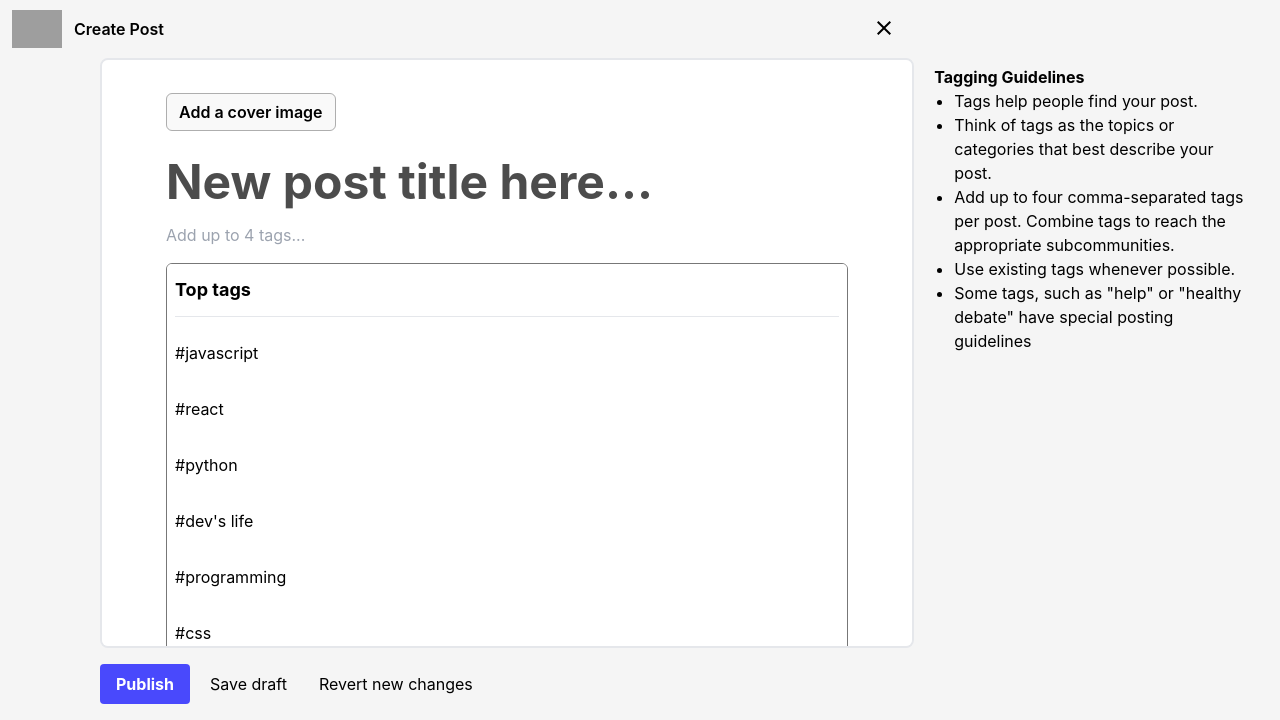
Repository: dat-nguyen-2001/Dev.to
Page: /new (app in client/)
These files come from the project's save history. The page is drawn as it stood at one moment and after the next save; the edit follows.
The browser window is 1280 px wide. The pictures show the whole page.
Pictures or frames that could not be fetched are drawn as grey boxes. An inner scrolling area shows only its first screen. The project was rebuilt for these pictures with package versions that can differ from the ones it lists, and the page was loaded fresh each time. Also part of the build but not shown: client/src/components/Footer.tsx, client/src/components/nav/GuestNav.tsx, client/src/components/nav/NavBar.tsx, client/src/components/Layout.tsx, client/src/pages/about.tsx, client/src/components/SignInForm.tsx, client/src/components/SignInPlatform.tsx, client/src/pages/enter.tsx and 1 more.

Above is the page before, as saved 2022-09-25 12:06:15.

### client/public/index.html
<!DOCTYPE html>
<html lang="en">
  <head>
    <meta charset="utf-8" />
    <link rel="icon" href="%PUBLIC_URL%/dev.to-icon.png" />
    <meta name="viewport" content="width=device-width, initial-scale=1" />
    <meta name="theme-color" content="#000000" />
    <meta
      name="description"
      content="Web site created using create-react-app"
    />
  </head>
  <body>
    <noscript>You need to enable JavaScript to run this app.</noscript>
    <div id="root"></div>
  </body>
</html>

### client/src/index.tsx
import React from 'react';
import ReactDOM from 'react-dom/client';
import './index.css';
import App from './App';
import reportWebVitals from './reportWebVitals';

const root = ReactDOM.createRoot(
  document.getElementById('root') as HTMLElement
);
root.render(
  <React.StrictMode>
      <App />
  </React.StrictMode>
);

// If you want to start measuring performance in your app, pass a function
// to log results (for example: reportWebVitals(console.log))
// or send to an analytics endpoint. Learn more: https://bit.ly/CRA-vitals
reportWebVitals();

### client/src/index.css
@tailwind base;
@tailwind components;
@tailwind utilities;

body {
  margin: 0;
  font-family: -apple-system, BlinkMacSystemFont, 'Segoe UI', 'Roboto', 'Oxygen',
    'Ubuntu', 'Cantarell', 'Fira Sans', 'Droid Sans', 'Helvetica Neue',
    sans-serif;
  -webkit-font-smoothing: antialiased;
  -moz-osx-font-smoothing: grayscale;
  background-color: #f5f5f5;
}

code {
  font-family: source-code-pro, Menlo, Monaco, Consolas, 'Courier New',
    monospace;
}


.space-between {
  justify-content: space-between;
}

.icon {
  @apply w-9 h-9 hover:text-[blue]/70 hover:bg-[#e2e3f3] text-center cursor-pointer rounded py-1
}

/* make words between a line */

.linedWord::before, .linedWord::after {
  content: "";
  flex: 1 1;
  border-bottom : 1px solid black;
  margin: auto
}

.linedWord::before {
  margin-right: 5px
}

.linedWord::after {
  margin-left: 5px
}

.registerInput {
  @apply h-[40px] border-[1px] rounded pl-1
}

### client/src/App.tsx
import {
  BrowserRouter as Router,
  Routes,
  Route,
} from 'react-router-dom';

import AboutPage from './pages/about';
import SignIn from './pages/enter';
import HomePage from './pages/home';
import New from './pages/new';

function App() {
  return (<Router>
    <Routes>
    <Route path='/' element={< HomePage />}></Route>
      <Route path='/about' element={< AboutPage />}></Route>
      <Route path='/enter' element={< SignIn />}></Route>
      <Route path='/new' element={< New />}></Route>
    </Routes>
  </Router>

  );
}

export default App;

### client/src/pages/new.tsx
import ClearIcon from '@mui/icons-material/Clear';
import FormatListNumberedIcon from '@mui/icons-material/FormatListNumbered';
import FormatListBulletedIcon from '@mui/icons-material/FormatListBulleted';
import FormatBoldIcon from '@mui/icons-material/FormatBold';
import FormatItalicIcon from '@mui/icons-material/FormatItalic';
import ImageIcon from '@mui/icons-material/Image';
import AttachmentIcon from '@mui/icons-material/Attachment';
import MoreVertIcon from '@mui/icons-material/MoreVert';
import FormatQuoteIcon from '@mui/icons-material/FormatQuote';
import CodeIcon from '@mui/icons-material/Code';
import BoltIcon from '@mui/icons-material/Bolt';
import { useEffect, useState } from 'react';

const New = () => {

    //Handle creating new article
    const createArticle = () => {
        console.log('created!')
    }

    //Preview image uploaded by user
    const [url, setUrl] = useState<string>('')
    const handlePreviewImage = (e: any) => {
        const file = e.target.files[0];
        const url = URL.createObjectURL(file);
        setUrl(url)
    }

    //Handle tags
    const tags = ["javascript", "react", "python", "dev's life", "programming", "css", "html", "typescript", "mongodb"]

    // Resize textarea when typing
    const textarea = document.querySelector('textarea');
    const handleResize = (e: any) => {
        const area = e.target;
        area.style.height = "auto";
        area.style.height = area.scrollHeight + "px";
    }
    if (textarea !== null) {
        textarea.addEventListener('input', handleResize)
    }


    return (
        <div className='md:grid grid-cols-4 bg-[#f5f5f5] lg:grid-cols-7 2xl:pl-[100px]'>
            <div className='flex flex-col content-center h-screen col-span-3 lg:col-span-5'>
                <div className='h-[8vh] flex items-center space-between px-3'>
                    <div className='flex items-center space-x-3'>
                        <a href='/' className='hidden md:inline'>
                            <img src="https://dev-to-uploads.s3.amazonaws.com/uploads/logos/resized_logo_UQww2soKuUsjaOGNB38o.png" width={50} className="cursor-pointer" />
                        </a>
                        <p className='font-semibold'>Create Post</p>
                    </div>
                    <div className='icon'>
                        <a href='/'>
                            <ClearIcon />
                        </a>
                    </div>
                </div>
                <div className='overflow-y-auto bg-white h-[82vh] border-[2px] rounded-lg flex flex-col py-3 md:py-10 px-2 md:px-16 space-y-5 lg:ml-[100px]'>
                    <form>
                        <input type="file" name='file' id='file' onChange={handlePreviewImage} className='w-0 h-0 opacity-0 overflow-hidden absolute z-[-1] ' />
                        <label htmlFor='file' className='bg-[#f9f9f9] font-semibold px-3 py-2 cursor-pointer rounded-md border-black/30 border-[1.5px]'>Add a cover image</label>
                    </form>

                    {/* preview image */}
                    {url !== "" &&
                        <div className='flex items-center space-x-10'>
                            <img src={url} width={200} />
                            <button className='text-lg px-3 py-1 text-[red] hover:bg-[#eeeeee] rounded-md' onClick={() => setUrl('')}>Remove</button>
                        </div>}

                    <form>
                        <input placeholder='New post title here...' className='text-3xl md:text-4xl lg:text-5xl w-full h-[130%] outline-none font-bold placeholder-black/70' />
                    </form>
                    <form className='relative'>
                        <input placeholder='Add up to 4 tags...' className='w-full outline-none' />
                        <div className='z-[100] absolute top-10 flex flex-col space-y-3 px-2 bg-white w-full border-[.1em] border-solid border-[#777] rounded-md max-h-[500px] overflow-y-auto'>
                            <h2 className='text-lg font-bold pt-3'>Top tags</h2>
                            <hr></hr>
                            <ul className='flex flex-col space-y-2 cursor-pointer '>
                                {tags.map(tag => (
                                    <li key={tag} className='py-3 hover:text-[#3e45b2] hover:bg-[#f5f5f5]'>#{tag}</li>
                                ))}
                            </ul>
                        </div>
                    </form>
                    <div className='bg-[#f9f9f9] w-full'>
                        <div className='flex space-between py-4 px-2 '>
                            <div className='flex space-x-3'>
                                <div className='icon'>
                                    <FormatBoldIcon />
                                </div>
                                <div className='icon'>
                                    <FormatItalicIcon />
                                </div>
                                <div className='icon hidden sm:inline'>
                                    <AttachmentIcon />
                                </div>
                                <div className='icon'>
                                    <FormatListNumberedIcon />
                                </div>
                                <div className='icon'>
                                    <FormatListBulletedIcon />
                                </div>
                                <div className='icon hidden md:inline'>
                                    <FormatQuoteIcon />
                                </div>
                                <div className='icon hidden md:inline'>
                                    <CodeIcon />
                                </div>
                                <div className='icon hidden md:inline'>
                                    <BoltIcon />
                                </div>
                                <div className='icon'>
                                    <ImageIcon />
                                </div>
                            </div>
                            <div className='icon'>
                                <MoreVertIcon />
                            </div>
                        </div>

                    </div>
                    <div className='w-full'>
                        <textarea placeholder='Write your post content here...' className='outline-none text-lg w-full' />
                    </div>
                </div>
                <div className='h-[10vh] flex items-center px-3 space-x-2 lg:ml-[100px] lg:px-0'>
                    <button className='px-4 py-2 rounded bg-[blue]/70 hover:bg-[blue] text-white font-bold text-base' onClick={createArticle}>Publish</button>
                    <button className='px-3 py-2 rounded hover:text-[blue]/70 hover:bg-[#e2e3f3]'>Save draft</button>
                    <button className='hidden sm:inline px-3 py-2 rounded hover:text-[blue]/70 hover:bg-[#e2e3f3] text-md'>Revert new changes</button>
                </div>
            </div>

            <div className='hidden md:inline col-span-1 lg:col-span-2 h-[82vh] my-auto px-2 lg:px-5 md:mr-4'>
                <h1 className='font-bold'>Tagging Guidelines</h1>
                <ul className='text-[14px] lg:text-base list-disc pl-5 '>
                    <li>Tags help people find your post.</li>
                    <li>Think of tags as the topics or categories that best describe your post.</li>
                    <li>Add up to four comma-separated tags per post. Combine tags to reach the appropriate subcommunities.</li>
                    <li>Use existing tags whenever possible.</li>
                    <li>Some tags, such as "help" or "healthy debate" have special posting guidelines</li>
                </ul>
            </div>

        </div>
    )
}

export default New

Loaded but not shown: client/src/reportWebVitals.ts (common file); client/tailwind.config.js (common file)

After the next save:
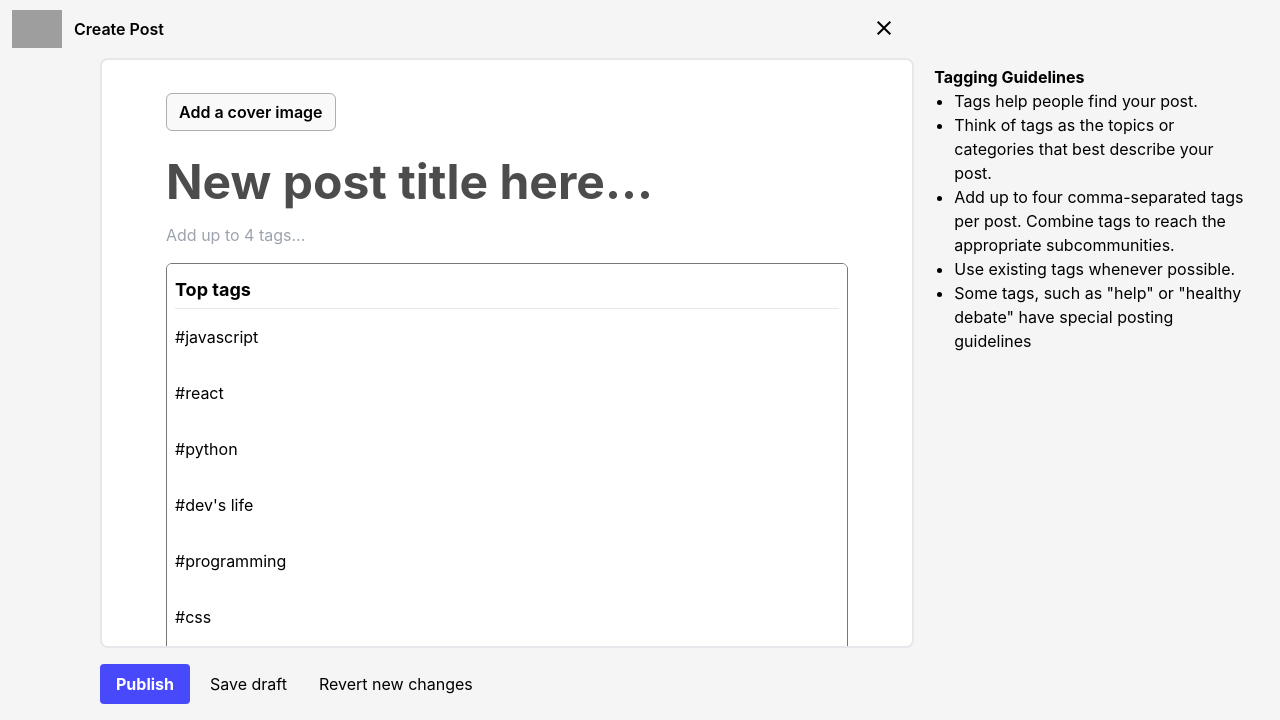
Saved 16 s later.
--- a/client/src/pages/new.tsx
+++ b/client/src/pages/new.tsx
@@ -75,7 +75,7 @@ const New = () => {
                     </form>
                     <form className='relative'>
                         <input placeholder='Add up to 4 tags...' className='w-full outline-none' />
-                        <div className='z-[100] absolute top-10 flex flex-col space-y-3 px-2 bg-white w-full border-[.1em] border-solid border-[#777] rounded-md max-h-[500px] overflow-y-auto'>
+                        <div className='z-[100] absolute top-10 flex flex-col space-y-1 px-2 bg-white w-full border-[.1em] border-solid border-[#777] rounded-md max-h-[500px] overflow-y-auto'>
                             <h2 className='text-lg font-bold pt-3'>Top tags</h2>
                             <hr></hr>
                             <ul className='flex flex-col space-y-2 cursor-pointer '>
